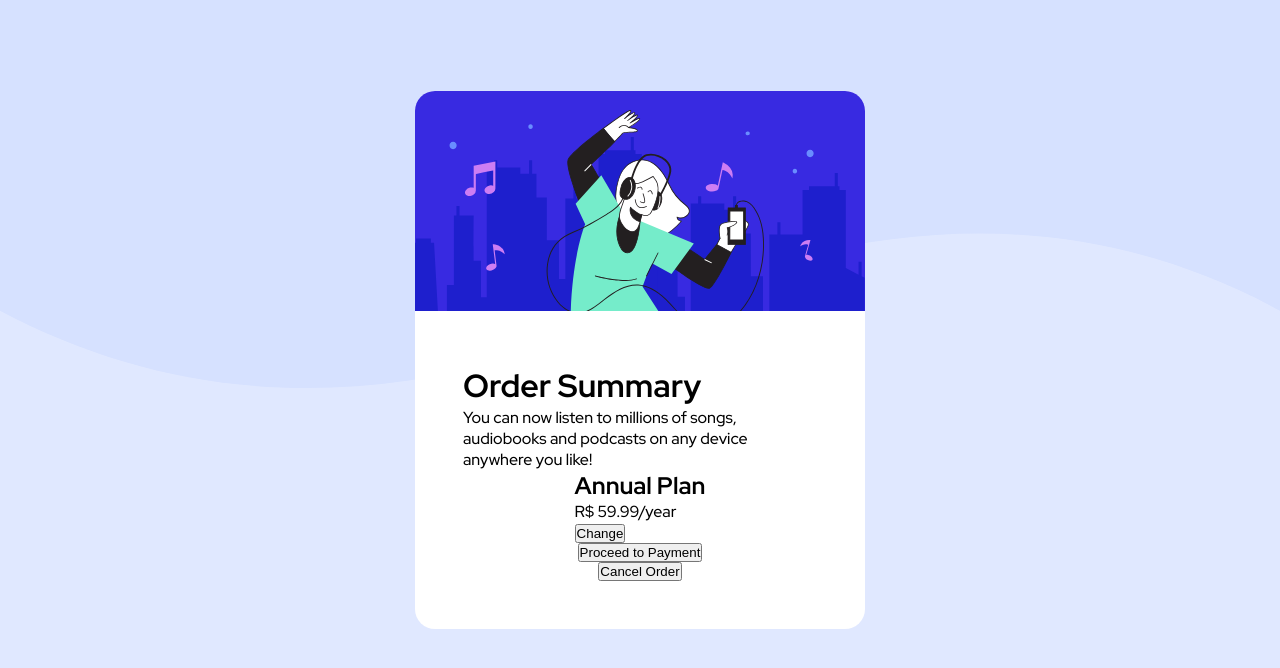
Repository: gccavalheiro/order-summary-card
Page: index.html
The author's editor kept a copy of each file at every save. The page is drawn from the files as they stood at one save, then again after the next save.
The browser window is 1280 px wide. The pictures show the whole page.

Above is the page before, as saved 2021-12-17 02:03:04.

### index.html
<!DOCTYPE html>
<html lang="en">

<head>
  <meta charset="UTF-8" />
  <meta http-equiv="X-UA-Compatible" content="IE=edge" />
  <meta name="viewport" content="width=device-width, initial-scale=1.0" />
  <link rel="preconnect" href="https://fonts.googleapis.com">
  <link rel="preconnect" href="https://fonts.gstatic.com" crossorigin>
  <link href="https://fonts.googleapis.com/css2?family=Red+Hat+Display:wght@500;700&display=swap" rel="stylesheet">
  <link rel="icon" type="image/png" sizes="32x32" href="./images/favicon-32x32.png" />
  <title>Frontend Mentor | Order summary card</title>
  <link rel="stylesheet" href="./assets/css/main.css" />
</head>

<body>
  <main>
    <div class="card">
      <div class="card-header">
        <img src="./assets/images/illustration-hero.svg" alt="Illustration Woman">
      </div>
      <div class="card-body">
        <div class="card-info">
          <h1>Order Summary</h1>
          <p>You can now listen to millions of songs,
            audiobooks and podcasts on any device
            anywhere you like! </p>
        </div>
        <div class="card-plan">
          <div class="card-plan-detail">
            <div class="card-plan-icon-detail"></div>
            <div class="card-plan-info-detail">
              <h2>Annual Plan</h2>
              <p>R$ 59.99/year</p>
            </div>
          </div>
          <button class="card-plan-button">Change</button>
        </div>
        <button class="card-button-payment">Proceed to Payment</button>
        <button class="card-button-cancel">Cancel Order</button>
      </div>
    </div>
  </main>
</body>

</html>

### assets/css/main.css
:root {
  --primary-pale-blue: hsl(225, 100%, 94%);
  --secondary-bright-blue: hsl(245, 75%, 52%);
  --very-pale-blue:hsl(225, 100%, 98%);
  --desaturated-blue: hsl(224, 23%, 55%);
  --dark-blue: hsl(223, 47%, 23%);
  --variant-blue: hsl(245, 83%, 68%);
  --white: hsl(0, 0%, 100%);
}

* {
  margin: 0;
  padding: 0;
  outline: 0;
  box-sizing: border-box;
  text-rendering: optimizeLegibility;
  -webkit-font-smoothing: antialiased;
  -moz-osx-font-smoothing: grayscale;
}


body {
  font-family: 'Red Hat Display', sans-serif;
  font-size: 1rem;
  background-color: var(--primary-pale-blue);
  background-image: url('../images/pattern-background-desktop.svg');
  background-repeat: no-repeat;
  background-position: top center;
  background-size: contain;
}

img {
  width: 100%;
}

main {
  display: flex;
  align-items: center;
  justify-content: center;
  width: 100%;
  height: 100vh;
}

.card {
  display: flex;
  flex-direction: column;
  width: 100%;
  max-width: 450px;
  border-radius: 20px;
  background-color: var(--white);
}

.card-header {
  width: 100%;
  border-top-left-radius: 20px;
  border-top-right-radius: 20px;
  overflow: hidden;
}

.card-body {
  display: flex;
  flex-direction: column;
  align-items: center;
  padding: 48px;
}

.card-info{}
.card-plan{}
.card-plan-detail{}
.card-plan-icon-detail{}
.card-plan-info-detail{}
.card-plan-button{}
.card-button-payment{}
.card-button-cancel{}

After the next save:
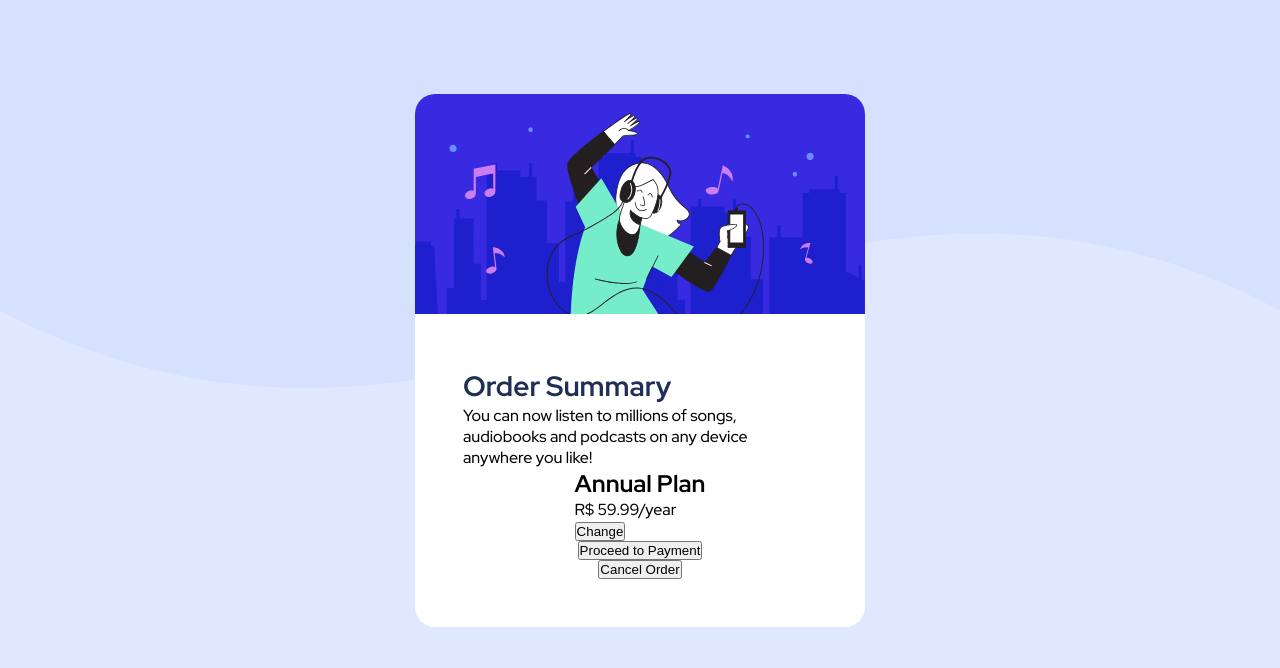
Saved 2 min 11 s later.
--- a/assets/css/main.css
+++ b/assets/css/main.css
@@ -64,7 +64,11 @@ main {
   padding: 48px;
 }
 
-.card-info{}
+.card-info h1{
+  font-size: 1.75rem;
+  color: var(--dark-blue);
+  font-weight: bold;
+}
 .card-plan{}
 .card-plan-detail{}
 .card-plan-icon-detail{}
